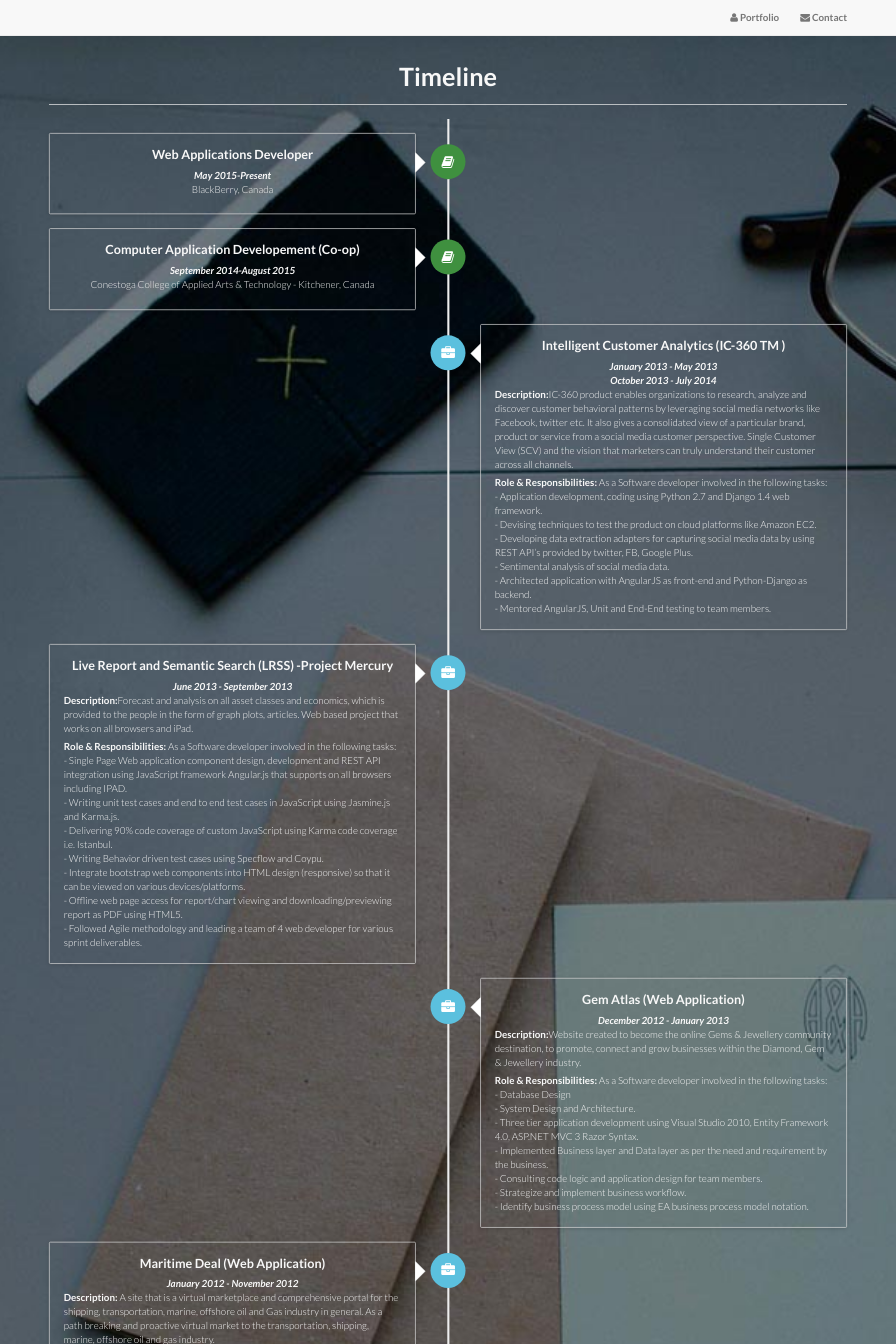
Repository: zahidmak/zahidmak.github.io
Page: portfolio.html
The author's editor kept a record of every edit. The page is drawn from the files as they stood at one moment, then again after the next edit.
The browser window is 1280 px wide. The pictures show the part of the page from y = 0 to 1920 px (the page is 2813 px tall), at 70% of full size.

Above is the page before.

### portfolio.html
<!DOCTYPE html>
<html lang="en">

<head>

    <meta charset="utf-8">
    <meta http-equiv="X-UA-Compatible" content="IE=edge">
    <meta name="viewport" content="width=device-width, initial-scale=1">
    <meta name="description" content="">
    <meta name="author" content="">

    <title>Zahidali - Software Developer | Portfolio</title>

    <!-- Bootstrap Core CSS -->
    <link href="css/bootstrap.min.css" rel="stylesheet">

    <!-- Custom CSS -->
    <link href="css/landing-page.css" rel="stylesheet">

    <!-- Custom Fonts -->
    <link href="font-awesome-4.1.0/css/font-awesome.min.css" rel="stylesheet" type="text/css">
    <link href="css/style.css" rel="stylesheet" type="text/css" />
    <link href="http://fonts.googleapis.com/css?family=Lato:300,400,700,300italic,400italic,700italic" rel="stylesheet" type="text/css">

    <!-- HTML5 Shim and Respond.js IE8 support of HTML5 elements and media queries -->
    <!-- WARNING: Respond.js doesn't work if you view the page via file:// -->
    <!--[if lt IE 9]>
        <script src="https://oss.maxcdn.com/libs/html5shiv/3.7.0/html5shiv.js"></script>
        <script src="https://oss.maxcdn.com/libs/respond.js/1.4.2/respond.min.js"></script>
    <![endif]-->
    <script>
        (function(i, s, o, g, r, a, m) {
            i['GoogleAnalyticsObject'] = r;
            i[r] = i[r] || function() {
                (i[r].q = i[r].q || []).push(arguments)
            }, i[r].l = 1 * new Date();
            a = s.createElement(o),
                m = s.getElementsByTagName(o)[0];
            a.async = 1;
            a.src = g;
            m.parentNode.insertBefore(a, m)
        })(window, document, 'script', '//www.google-analytics.com/analytics.js', 'ga');

        ga('create', 'UA-57121421-1', 'auto');
        ga('send', 'pageview');
    </script>
    <style type="text/css">
        p {
            font-weight: 100;
        }
        body {
            background: none !important;
        }
    </style>
</head>

<body>

    <!-- Navigation -->
    <nav class="navbar navbar-default navbar-fixed-top" role="navigation">
        <div class="container">
            <!-- Brand and toggle get grouped for better mobile display -->
            <div class="navbar-header">
                <button type="button" class="navbar-toggle" data-toggle="collapse" data-target="#bs-example-navbar-collapse-1">
                    <span class="sr-only">Toggle navigation</span>
                    <span class="icon-bar"></span>
                    <span class="icon-bar"></span>
                    <span class="icon-bar"></span>
                </button>
                <!--   <a class="navbar-brand" href="#">Start Bootstrap</a> -->
            </div>
            <!-- Collect the nav links, forms, and other content for toggling -->
            <div class="collapse navbar-collapse" id="bs-example-navbar-collapse-1">
                <ul class="nav navbar-nav navbar-right">

                    <li>
                        <a href="/portfolio.html"><i class="fa fa-user"></i> Portfolio</a>

                    </li>
                    <li>

                        <a href="mailto:zahid2304@gmail.com"><i class="fa fa-envelope"></i> Contact</a>
                    </li>
                </ul>
            </div>
            <!-- /.navbar-collapse -->
        </div>
        <!-- /.container -->
    </nav>

    <!-- Header -->
    <div class="intro-header">

        <div class="container">
            <div class="page-header">
                <h1 id="timeline">Timeline</h1>
            </div>
            <ul class="timeline">
                <li>
                    <div class="timeline-badge success"><i class="fa fa-book"></i>
                    </div>
                    <div class="timeline-panel">
                        <div class="timeline-heading">
                            <h4 class="timeline-title">Web Applications Developer</h4>
                            <i>May 2015-Present</i>
                        </div>
                        <div class="timeline-body" >
                            <p> BlackBerry, Canada</p>

                            </p>
                        </div>
                    </div>
                </li>
                <li>
                    <div class="timeline-badge success"><i class="fa fa-book"></i>
                    </div>
                    <div class="timeline-panel">
                        <div class="timeline-heading">
                            <h4 class="timeline-title">Computer Application Developement (Co-op)</h4>
                            <i>September 2014-August 2015</i>
                        </div>
                        <div class="timeline-body" >
                            <p> Conestoga College of Applied Arts & Technology - Kitchener, Canada</p>

                            </p>
                        </div>
                    </div>
                </li>
                <li class="timeline-inverted">
                    <div class="timeline-badge info"><i class="fa fa-briefcase"></i>
                    </div>
                    <div class="timeline-panel">
                        <div class="timeline-heading">
                            <h4 class="timeline-title">Intelligent Customer Analytics (IC-360 TM )</h4>
                            <i>January 2013 - May 2013</i>
                            <br>
                            <i>October 2013 - July 2014</i>
                        </div>
                        <div class="timeline-body" style="text-align:left;">
                            <p><b>Description:</b>IC-360 product enables organizations to research, analyze and discover customer behavioral patterns by leveraging social media networks like Facebook, twitter etc. It also gives a consolidated view of a particular
                                brand, product or service from a social media customer perspective. Single Customer View (SCV) and the vision that marketers can truly understand their customer across all channels.</p>
                            <p>


                                <b>Role & Responsibilities:</b> As a Software developer involved in the following tasks:
                                <br> - Application development, coding using Python 2.7 and Django 1.4 web framework.
                                <br> - Devising techniques to test the product on cloud platforms like Amazon EC2.
                                <br> - Developing data extraction adapters for capturing social media data by using REST API’s provided by twitter, FB, Google Plus.
                                <br> - Sentimental analysis of social media data.
                                <br> - Architected application with AngularJS as front-end and Python-Django as backend.
                                <br> - Mentored AngularJS, Unit and End-End testing to team members.
                                <br>
                        </div>
                    </div>
                </li>
                <li>
                    <div class="timeline-badge info"><i class="fa fa-briefcase"></i>
                    </div>
                    <div class="timeline-panel">
                        <div class="timeline-heading">
                            <h4 class="timeline-title">Live Report and Semantic Search (LRSS) -Project Mercury</h4>
                            <i>June 2013 - September 2013</i>
                        </div>
                        <div class="timeline-body" style="text-align:left;">
                            <p><b>Description:</b>Forecast and analysis on all asset classes and economics, which is provided to the people in the form of graph plots, articles. Web based project that works on all browsers and iPad.</p>
                            <p>

                                <b>Role & Responsibilities:</b> As a Software developer involved in the following tasks:
                                <br> - Single Page Web application component design, development and REST API integration using JavaScript framework Angular.js that supports on all browsers including IPAD.
                                <br> - Writing unit test cases and end to end test cases in JavaScript using Jasmine.js and Karma.js.
                                <br> - Delivering 90% code coverage of custom JavaScript using Karma code coverage i.e. Istanbul.
                                <br> - Writing Behavior driven test cases using Specflow and Coypu.
                                <br> - Integrate bootstrap web components into HTML design (responsive) so that it can be viewed on various devices/platforms.
                                <br> - Offline web page access for report/chart viewing and downloading/previewing report as PDF using HTML5.
                                <br> - Followed Agile methodology and leading a team of 4 web developer for various sprint deliverables.
                                <br>
                        </div>
                    </div>
                </li>
                <li class="timeline-inverted">
                    <div class="timeline-badge info"><i class="fa fa-briefcase"></i>
                    </div>
                    <div class="timeline-panel">
                        <div class="timeline-heading">
                            <h4 class="timeline-title">Gem Atlas (Web Application)</h4>
                            <i>December 2012 - January 2013</i>
                        </div>
                        <div class="timeline-body" style="text-align:left;">
                            <p><b>Description:</b>Website created to become the online Gems & Jewellery community destination, to promote, connect and grow businesses within the Diamond, Gem & Jewellery industry.</p>
                            <p>

                                <b>Role & Responsibilities:</b> As a Software developer involved in the following tasks:
                                <br> - Database Design
                                <br> - System Design and Architecture.
                                <br> - Three tier application development using Visual Studio 2010, Entity Framework 4.0, ASP.NET MVC 3 Razor Syntax.
                                <br> - Implemented Business layer and Data layer as per the need and requirement by the business.
                                <br> - Consulting code logic and application design for team members.
                                <br> - Strategize and implement business workflow.
                                <br> - Identify business process model using EA business process model notation.
                                <br>
                        </div>
                    </div>
                </li>
                <li>
                    <div class="timeline-badge info"><i class="fa fa-briefcase"></i>
                    </div>
                    <div class="timeline-panel">
                        <div class="timeline-heading">
                            <h4 class="timeline-title">Maritime Deal (Web Application)</h4>
                            <i>January 2012 - November 2012</i>
                        </div>
                        <div class="timeline-body" style="text-align:left;">
                            <p><b>Description:</b> A site that is a virtual marketplace and comprehensive portal for the shipping, transportation, marine, offshore oil and Gas industry in general. As a path breaking and proactive virtual market to the transportation,
                                shipping, marine, offshore oil and gas industry.</p>
                            <p> <b>Role & Responsibilities:</b> As a Software developer involved in the following tasks:
                                <br> - Three tier application development using Visual Studio 2010, Entity Framework 4.0, ASP.NET MVC 3 Razor Syntax.
                                <br> - Optimizing the performance of queries and security of application.
                                <br> - Implemented Business layer and Data layer as per the need and requirement by the business.
                                <br> - Consulting code logic and application design for team members.
                                <br> - Strategize and implement business workflow.
                                <br> - Integrate social network plug-in.
                                <br> - Identify business process model using EA business process model notation.
                                <br> - Building deployment package and deployment on IIS Server.</p>
                        </div>
                    </div>
                </li>
                <li class="timeline-inverted">
                    <div class="timeline-badge info"><i class="fa fa-briefcase"></i>
                    </div>
                    <div class="timeline-panel">
                        <div class="timeline-heading">
                            <h4 class="timeline-title">Software Developer</h4>
                            <div class="timeline-body">
                                <p>e-Cognosys Information Systems 2011-2014</p>
                            </div>
                        </div>
                        <div class="timeline-body">

                        </div>
                    </div>
                </li>
                <li>
                    <div class="timeline-badge info"><i class="fa fa-briefcase"></i>
                    </div>
                    <div class="timeline-panel">
                        <div class="timeline-heading">
                            <h4 class="timeline-title">PCB Design & Layout Engineer</h4>
                        </div>
                        <div class="timeline-body">
                            <p> Electronic Clique 2010-2011</p>
                        </div>
                    </div>
                </li>
                <li class="timeline-inverted">
                    <div class="timeline-badge success"><i class="fa fa-book"></i>
                    </div>
                    <div class="timeline-panel">
                        <div class="timeline-heading">
                            <h4 class="timeline-title">Bachelor of Engineering (Electronics)</h4>
                        </div>
                        <div class="timeline-body" style="text-align:left;">
                            <p> Rizvi College of Engineering (University of Mumbai)</p>
                            <p><i class="fa fa-star"></i> Award for Academic excellence from Aga khan education services</p>
                            <p><i class="fa fa-star"></i>Award for Academic excellence from Sidhpur development foundation</p>
                            </p>
                        </div>
                    </div>
                </li>
            </ul>
        </div>
        <!-- /.container -->

    </div>
    <!-- /.intro-header -->

    <!-- Page Content -->

    <!-- <div class="content-section-a">

        <div class="container">

            <div class="row">
                <div class="col-lg-5 col-sm-6">
                    <hr class="section-heading-spacer">
                    <div class="clearfix"></div>
                    <h2 class="section-heading">Death to the Stock Photo:<br>Special Thanks</h2>
                    <p class="lead">A special thanks to <a target="_blank" href="http://join.deathtothestockphoto.com/">Death to the Stock Photo</a> for providing the photographs that you see in this template. Visit their website to become a member.</p>
                </div>
                <div class="col-lg-5 col-lg-offset-2 col-sm-6">
                    <img class="img-responsive" src="img/ipad.png" alt="">
                </div>
            </div>

        </div>


    </div>


    <div class="content-section-b">

        <div class="container">

            <div class="row">
                <div class="col-lg-5 col-lg-offset-1 col-sm-push-6  col-sm-6">
                    <hr class="section-heading-spacer">
                    <div class="clearfix"></div>
                    <h2 class="section-heading">3D Device Mockups<br>by PSDCovers</h2>
                    <p class="lead">Turn your 2D designs into high quality, 3D product shots in seconds using free Photoshop actions by <a target="_blank" href="http://www.psdcovers.com/">PSDCovers</a>! Visit their website to download some of their awesome, free photoshop actions!</p>
                </div>
                <div class="col-lg-5 col-sm-pull-6  col-sm-6">
                    <img class="img-responsive" src="img/dog.png" alt="">
                </div>
            </div>

        </div>


    </div>


    <div class="content-section-a">

        <div class="container">

            <div class="row">
                <div class="col-lg-5 col-sm-6">
                    <hr class="section-heading-spacer">
                    <div class="clearfix"></div>
                    <h2 class="section-heading">Google Web Fonts and<br>Font Awesome Icons</h2>
                    <p class="lead">This template features the 'Lato' font, part of the <a target="_blank" href="http://www.google.com/fonts">Google Web Font library</a>, as well as <a target="_blank" href="http://fontawesome.io">icons from Font Awesome</a>.</p>
                </div>
                <div class="col-lg-5 col-lg-offset-2 col-sm-6">
                    <img class="img-responsive" src="img/phones.png" alt="">
                </div>
            </div>

        </div>


    </div>


    <div class="banner">

        <div class="container">

            <div class="row">
                <div class="col-lg-6">
                    <h2>Connect to Start Bootstrap:</h2>
                </div>
                <div class="col-lg-6">
                    <ul class="list-inline banner-social-buttons">
                        <li>
                            <a href="https://twitter.com/SBootstrap" class="btn btn-default btn-lg"><i class="fa fa-twitter fa-fw"></i> <span class="network-name">Twitter</span></a>
                        </li>
                        <li>
                            <a href="https://github.com/IronSummitMedia/startbootstrap" class="btn btn-default btn-lg"><i class="fa fa-github fa-fw"></i> <span class="network-name">Github</span></a>
                        </li>
                        <li>
                            <a href="#" class="btn btn-default btn-lg"><i class="fa fa-linkedin fa-fw"></i> <span class="network-name">Linkedin</span></a>
                        </li>
                    </ul>
                </div>
            </div>

        </div>


    </div>
    <!-- /.banner -->

    <!-- Footer -->
    <footer>
        <div class="container">
            <div class="row">
                <div class="col-lg-12">
                    <ul class="list-inline">
                        <li>
                            <a href="/index.html">Home</a>
                        </li>

                        <!--<li>-->
                        <!--    <a href="#about">About</a>-->
                        <!--</li>-->
                        <li class="footer-menu-divider">&sdot;</li>
                        <li>
                            <a href="/portfolio.html">Portfolio</a>
                        </li>
                        <li class="footer-menu-divider">&sdot;</li>
                        <li>
                            <a href="mailto:zahid2304@gmail.com">Contact</a>
                        </li>
                    </ul>
                    <p class="copyright text-muted small">Copyright &copy; Zahidali 2015. All Rights Reserved</p>
                </div>
            </div>
        </div>
    </footer>

    <!-- jQuery Version 1.11.0 -->
    <script src="js/jquery-1.11.0.js"></script>

    <!-- Bootstrap Core JavaScript -->
    <script src="js/bootstrap.min.js"></script>

</body>

</html>

### css/landing-page.css
/*!
 * Start Bootstrap - Landing Page Bootstrap Theme (http://startbootstrap.com)
 * Code licensed under the Apache License v2.0.
 * For details, see http://www.apache.org/licenses/LICENSE-2.0.
 */

body,
html {
    width: 100%;
    height: 100%;
}

body,
h1,
h2,
h3,
h4,
h5,
h6 {
    font-family: "Lato","Helvetica Neue",Helvetica,Arial,sans-serif;
    font-weight: 700;
}

.lead {
    font-size: 18px;
    font-weight: 400;
}

.intro-header {
    padding-top: 50px; /* If you're making other pages, make sure there is 50px of padding to make sure the navbar doesn't overlap content! */
    padding-bottom: 50px;
    text-align: center;
    color: #f8f8f8;
    background: url(../img/intro-bg.jpg) no-repeat center center;
    background-size: cover;
}

.intro-message {
    position: relative;
    padding-top: 20%;
    padding-bottom: 20%;
}

.intro-message > h1 {
    margin: 0;
    text-shadow: 2px 2px 3px rgba(0,0,0,0.6);
    font-size: 5em;
}

.intro-divider {
    width: 400px;
    border-top: 1px solid #f8f8f8;
    border-bottom: 1px solid rgba(0,0,0,0.2);
}

.intro-message > h3 {
    text-shadow: 2px 2px 3px rgba(0,0,0,0.6);
}

@media(max-width:767px) {
    .intro-message {
        padding-bottom: 15%;
    }

    .intro-message > h1 {
        font-size: 3em;
    }

    ul.intro-social-buttons > li {
        display: block;
        margin-bottom: 20px;
        padding: 0;
    }

    ul.intro-social-buttons > li:last-child {
        margin-bottom: 0;
    }

    .intro-divider {
        width: 100%;
    }
}

.network-name {
    text-transform: uppercase;
    font-size: 14px;
    font-weight: 400;
    letter-spacing: 2px;
}

.content-section-a {
    padding: 50px 0;
    background-color: #f8f8f8;
}

.content-section-b {
    padding: 50px 0;
    border-top: 1px solid #e7e7e7;
    border-bottom: 1px solid #e7e7e7;
}

.section-heading {
    margin-bottom: 30px;
}

.section-heading-spacer {
    float: left;
    width: 200px;
    border-top: 3px solid #e7e7e7;
}

.banner {
    padding: 100px 0;
    color: #f8f8f8;
    background: url(../img/banner-bg.jpg) no-repeat center center;
    background-size: cover;
}

.banner h2 {
    margin: 0;
    text-shadow: 2px 2px 3px rgba(0,0,0,0.6);
    font-size: 3em;
}

.banner ul {
    margin-bottom: 0;
}

.banner-social-buttons {
    float: right;
    margin-top: 0;
}

@media(max-width:1199px) {
    ul.banner-social-buttons {
        float: left;
        margin-top: 15px;
    }
}

@media(max-width:767px) {
    .banner h2 {
        margin: 0;
        text-shadow: 2px 2px 3px rgba(0,0,0,0.6);
        font-size: 3em;
    }

    ul.banner-social-buttons > li {
        display: block;
        margin-bottom: 20px;
        padding: 0;
    }

    ul.banner-social-buttons > li:last-child {
        margin-bottom: 0;
    }
}

footer {
    padding: 50px 0;
    background-color: #f8f8f8;
}

p.copyright {
    margin: 15px 0 0;
}

Loaded but not shown: css/bootstrap.min.css (library); font-awesome-4.1.0/css/font-awesome.min.css (library); js/jquery-1.11.0.js (library); js/bootstrap.min.js (library); css/style.css (183 lines, source omitted)

After the next edit:
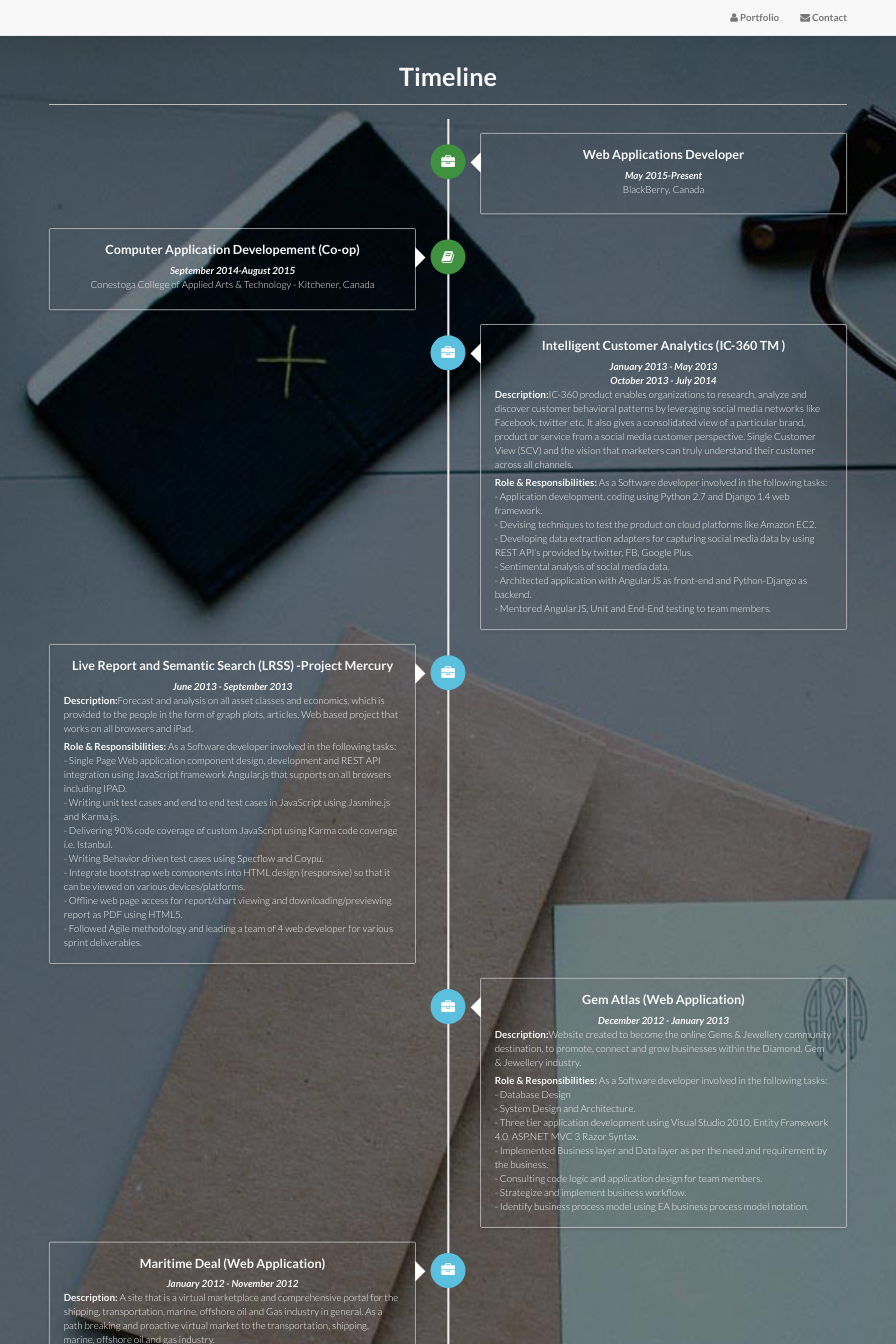
The edit:
--- a/portfolio.html
+++ b/portfolio.html
@@ -96,8 +96,8 @@
                 <h1 id="timeline">Timeline</h1>
             </div>
             <ul class="timeline">
-                <li>
-                    <div class="timeline-badge success"><i class="fa fa-book"></i>
+                <li class="timeline-inverted">
+                    <div class="timeline-badge success"><i class="fa fa-briefcase"></i>
                     </div>
                     <div class="timeline-panel">
                         <div class="timeline-heading">
